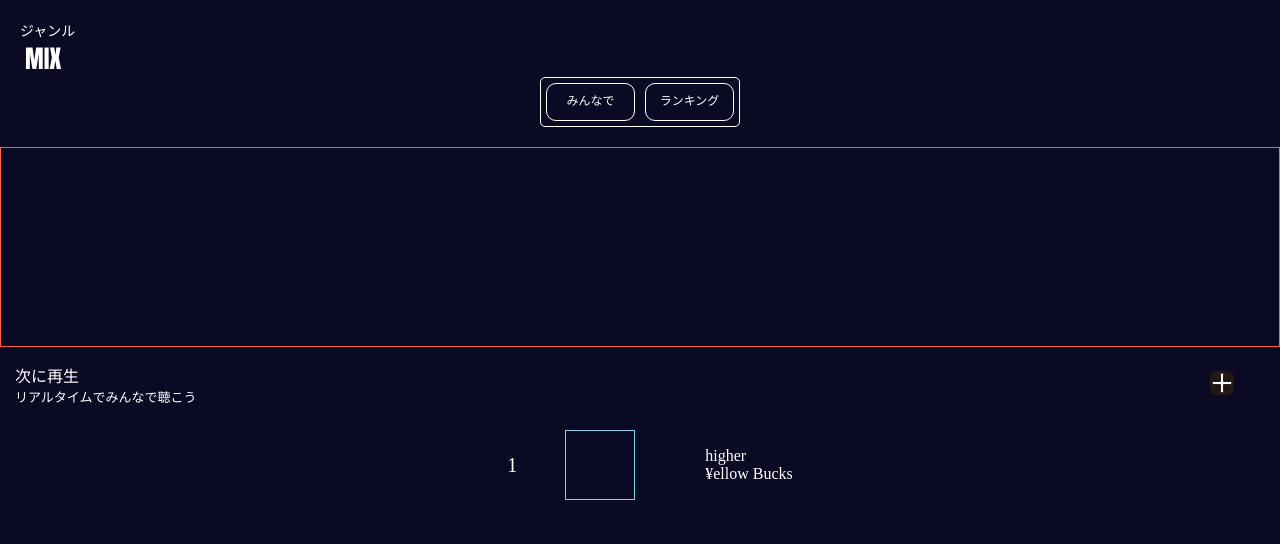
Repository: FujieRyou/2024_team
Page: /LoggedIn
These files come from the project's save history. The page is drawn as it stood at one moment and after the next save; the edit follows.
The browser window is 1280 px wide. The pictures show the whole page.
The project was rebuilt for these pictures with package versions that can differ from the ones it lists, and the page was loaded fresh each time. The framework's server and built-in components were replaced by stand-ins that run in the browser. Also part of the build but not shown: next.config.js.

Above is the page before, as saved 2024-01-10 11:21:31.

### src/pages/_app.jsx
import "@/styles/ress.css"
import '@/styles/index.css'

export default function App({ Component, pageProps }) {
  return <Component {...pageProps} />
}

### src/pages/LoggedIn.jsx
import React from 'react'

function LoggedIn (){
    return(
    <div id="container_wrap">
        <header>
            <div id="genre_wrap">ジャンル</div>
            <div id="mix_wrap">MIX</div>
            <div id="btn">
                <div class="everyone">みんなで</div>
                <div class="ranking">ランキング</div>
            </div>
        </header>
        <div id="main_img">
            <div class="scrollContent">
                <div class="scrollWrap">
                </div>
            </div>

        </div>
        <div id="maincontent_wrap">
            <div id="addition_wrap">
                    <p className='addition'>次に再生<br/><span>リアルタイムでみんなで聴こう</span></p>
                    <a href="">
                        <img src="./img/plusBtn.svg" alt="" />
                    </a>
            </div>
            <div id="songContent_wrap">
                <p class="song_num">1</p>
                <div id="song_wrap">
                    <div id="singer_wrap">
                        <p class="songtitle">higher</p>
                        <p class="singer">¥ellow Bucks</p>
                    </div>
                    <div class="song_img">
                    </div>
                </div>
            </div>
        </div>
    </div>
    )
}

export default LoggedIn

### src/styles/ress.css
/*!
 * ress.css • v4.0.0
 * MIT License
 * github.com/filipelinhares/ress
 */

/* # =================================================================
   # Global selectors
   # ================================================================= */

   html {
    box-sizing: border-box;
    -webkit-text-size-adjust: 100%; /* Prevent adjustments of font size after orientation changes in iOS */
    word-break: normal;
    -moz-tab-size: 4;
    tab-size: 4;
  }

  *,
  ::before,
  ::after {
    background-repeat: no-repeat; /* Set `background-repeat: no-repeat` to all elements and pseudo elements */
    box-sizing: inherit;
  }

  ::before,
  ::after {
    text-decoration: inherit; /* Inherit text-decoration and vertical align to ::before and ::after pseudo elements */
    vertical-align: inherit;
  }

  * {
    padding: 0; /* Reset `padding` and `margin` of all elements */
    margin: 0;
  }

  /* # =================================================================
     # General elements
     # ================================================================= */

  hr {
    overflow: visible; /* Show the overflow in Edge and IE */
    height: 0; /* Add the correct box sizing in Firefox */
    color: inherit; /* Correct border color in Firefox. */
  }

  details,
  main {
    display: block; /* Render the `main` element consistently in IE. */
  }

  summary {
    display: list-item; /* Add the correct display in all browsers */
  }

  small {
    font-size: 80%; /* Set font-size to 80% in `small` elements */
  }

  [hidden] {
    display: none; /* Add the correct display in IE */
  }

  abbr[title] {
    border-bottom: none; /* Remove the bottom border in Chrome 57 */
    /* Add the correct text decoration in Chrome, Edge, IE, Opera, and Safari */
    text-decoration: underline;
    text-decoration: underline dotted;
  }

  a {
    background-color: transparent; /* Remove the gray background on active links in IE 10 */
  }

  a:active,
  a:hover {
    outline-width: 0; /* Remove the outline when hovering in all browsers */
  }

  code,
  kbd,
  pre,
  samp {
    font-family: monospace, monospace; /* Specify the font family of code elements */
  }

  pre {
    font-size: 1em; /* Correct the odd `em` font sizing in all browsers */
  }

  b,
  strong {
    font-weight: bolder; /* Add the correct font weight in Chrome, Edge, and Safari */
  }

  /* https://gist.github.com/unruthless/413930 */
  sub,
  sup {
    font-size: 75%;
    line-height: 0;
    position: relative;
    vertical-align: baseline;
  }

  sub {
    bottom: -0.25em;
  }

  sup {
    top: -0.5em;
  }

  table {
    border-color: inherit; /* Correct border color in all Chrome, Edge, and Safari. */
    text-indent: 0; /* Remove text indentation in Chrome, Edge, and Safari */
  }

  /* # =================================================================
     # Forms
     # ================================================================= */

  input {
    border-radius: 0;
  }

  /* Replace pointer cursor in disabled elements */
  [disabled] {
    cursor: default;
  }

  [type='number']::-webkit-inner-spin-button,
  [type='number']::-webkit-outer-spin-button {
    height: auto; /* Correct the cursor style of increment and decrement buttons in Chrome */
  }

  [type='search'] {
    -webkit-appearance: textfield; /* Correct the odd appearance in Chrome and Safari */
    outline-offset: -2px; /* Correct the outline style in Safari */
  }

  [type='search']::-webkit-search-decoration {
    -webkit-appearance: none; /* Remove the inner padding in Chrome and Safari on macOS */
  }

  textarea {
    overflow: auto; /* Internet Explorer 11+ */
    resize: vertical; /* Specify textarea resizability */
  }

  button,
  input,
  optgroup,
  select,
  textarea {
    font: inherit; /* Specify font inheritance of form elements */
  }

  optgroup {
    font-weight: bold; /* Restore the font weight unset by the previous rule */
  }

  button {
    overflow: visible; /* Address `overflow` set to `hidden` in IE 8/9/10/11 */
  }

  button,
  select {
    text-transform: none; /* Firefox 40+, Internet Explorer 11- */
  }

  /* Apply cursor pointer to button elements */
  button,
  [type='button'],
  [type='reset'],
  [type='submit'],
  [role='button'] {
    cursor: pointer;
    color: inherit;
  }

  /* Remove inner padding and border in Firefox 4+ */
  button::-moz-focus-inner,
  [type='button']::-moz-focus-inner,
  [type='reset']::-moz-focus-inner,
  [type='submit']::-moz-focus-inner {
    border-style: none;
    padding: 0;
  }

  /* Replace focus style removed in the border reset above */
  button:-moz-focusring,
  [type='button']::-moz-focus-inner,
  [type='reset']::-moz-focus-inner,
  [type='submit']::-moz-focus-inner {
    outline: 1px dotted ButtonText;
  }

  button,
  html [type='button'], /* Prevent a WebKit bug where (2) destroys native `audio` and `video`controls in Android 4 */
  [type='reset'],
  [type='submit'] {
    -webkit-appearance: button; /* Correct the inability to style clickable types in iOS */
  }

  /* Remove the default button styling in all browsers */
  button,
  input,
  select,
  textarea {
    background-color: transparent;
    border-style: none;
  }

  a:focus,
  button:focus,
  input:focus,
  select:focus,
  textarea:focus {
    outline-width: 0;
  }

  /* Style select like a standard input */
  select {
    -moz-appearance: none; /* Firefox 36+ */
    -webkit-appearance: none; /* Chrome 41+ */
  }

  select::-ms-expand {
    display: none; /* Internet Explorer 11+ */
  }

  select::-ms-value {
    color: currentColor; /* Internet Explorer 11+ */
  }

  legend {
    border: 0; /* Correct `color` not being inherited in IE 8/9/10/11 */
    color: inherit; /* Correct the color inheritance from `fieldset` elements in IE */
    display: table; /* Correct the text wrapping in Edge and IE */
    max-width: 100%; /* Correct the text wrapping in Edge and IE */
    white-space: normal; /* Correct the text wrapping in Edge and IE */
    max-width: 100%; /* Correct the text wrapping in Edge 18- and IE */
  }

  ::-webkit-file-upload-button {
    /* Correct the inability to style clickable types in iOS and Safari */
    -webkit-appearance: button;
    color: inherit;
    font: inherit; /* Change font properties to `inherit` in Chrome and Safari */
  }

  /* # =================================================================
     # Specify media element style
     # ================================================================= */

  img {
    border-style: none; /* Remove border when inside `a` element in IE 8/9/10 */
  }

  /* Add the correct vertical alignment in Chrome, Firefox, and Opera */
  progress {
    vertical-align: baseline;
  }

  /* # =================================================================
     # Accessibility
     # ================================================================= */

  /* Specify the progress cursor of updating elements */
  [aria-busy='true'] {
    cursor: progress;
  }

  /* Specify the pointer cursor of trigger elements */
  [aria-controls] {
    cursor: pointer;
  }

  /* Specify the unstyled cursor of disabled, not-editable, or otherwise inoperable elements */
  [aria-disabled='true'] {
    cursor: default;
  }

### src/styles/index.css
html,body{
    width: 100vw;
    height: 100vh;
    background-color: #0A0A24;
    color: #fff;
}

nav{
    width: 100%;
    height: 81px;
    display: flex;
    justify-content: space-around;
    position: fixed;
    bottom: 0px;
    background-color: #0A0A24;
    border-top: solid 1px #8E8E8E;
}

.iconWrap{
    display: flex;
    flex-direction: column;
    align-items: center;
    justify-content: center;
}

.iconWrap a{
    display: flex;
    flex-direction: column;
    align-items: center;
    justify-content: center;
    text-decoration: none;
}

.iconWrap p{
    font-size: 10px;
    margin-top: 4px;
    color: #fff;
}

.loginWrap{
    width: 100vw;
    height: 100vh;
    padding-top: 200px;
}

.indexWrap{
    width: 100%;
    height: 100%;
}

/* h2{
    font-size: 64px;
    text-align: center;
    font-family: sans-serif;
    padding-top: 30px;
} */

.appName{
    font-size: 64px;
    text-align: center;
    font-family: sans-serif;
    padding-top: 30px;
    margin-top: 30px;
    color: #fff;
}

.signBtnWrap{
    width: 100%;
    height: auto;
}

.signBtn{
    display: flex;
    align-items: center;
    justify-content: center;
    width: 200px;
    height: 54px;
    border-radius: 30px;
    background-color: rgb(65, 243, 65);
    font-size: 16px;
    /* box-shadow: 3px 1px 3px 1px rgb(235, 235, 235); */
    margin: 0 auto;
    margin-top: 280px;
    color: #000;
    text-decoration: none;
}

.logoBox{
    width: 64px;
    height: 64px;
    background-color: gray;
    color: #fff;
    margin: 0 auto;
    display: flex;
    justify-content: center;
    align-items: center;
}

h2{
    text-align: center;
}

.searchWrap{
    margin-top: 69px;
    margin-bottom: 11px;
    padding: 0px 13px;
}

.searchTxt{
    width: 100%;
    height: 40px;
    border: solid 1px #000;
    background-color: #28376C;
    color: #fff;
    padding: 7px 18px;
    border-radius: 13px;

}

.searchBtn{
    width: 64px;
    height: 32px;
    background-color: aquamarine;
}

.searchResults{
    display: flex;
    gap: 8px;
    width: 100%;
    height: 88px;
    padding: 8px;
    overflow: hidden;
}

.searchResultsImg{
    width: 80px;
    height: 80px;
}

.searchResultsTxt p{
    width: 288px;
    font-size: 14px;
}

.genreWrap{
    padding: 0px 21px;
}

.genreWrap p{
    padding-left: 74px;
    margin-bottom: 12px;
}

.genruBtnWrap{
    display: flex;
    flex-wrap: wrap;
    padding: 0px 8px;
    gap: 16px 12px;
    margin: 0 auto;
}

.genruBtnWrap > button{
    width: 172px;
    height: 86px;
    background-color: #F42C2C;
    border-radius: 10px;
}

#genre_wrap{
    padding-top: 20px;
    align-items: center;
    color: #fff;
    font-size: 14px;
    margin-left: 20px;
    font-family: 'Noto Sans JP', sans-serif;
}

/* MIX */
#mix_wrap{
    font-size: 25px;
    font-family:Impact, Haettenschweiler, 'Arial Narrow Bold', sans-serif;
    margin-left: 25px;
}

/*genre btn*/
#btn{
    display: flex;
    justify-content: center;
    align-items: center;
    width: 200px;
    height: 50px;
    border: solid 1px #fff;
    border-radius: 5px;
    margin: 0 auto;
    text-align: center;
    margin-bottom: 20px;
}

.everyone{
    width: 80%;
    height: 80%;
    line-height: 35px;
    margin:0 5px;
    border: solid 1px #fff;
    border-radius: 10px;
    font-size: 12px;
    font-family:  'Noto Sans JP', sans-serif;
}

.ranking{
    width: 80%;
    height: 80%;
    line-height: 35px;
    margin:0 5px;
    border: solid 1px #fff;
    border-radius: 10px;
    font-size: 12px;
    font-family:  'Noto Sans JP', sans-serif;;
}


/*main*/
#main_img{
    width: 100%;
    height: 200px;
    border: solid 1px tomato;
    margin: 0 auto;

}

/*見出し*/
#addition_wrap{
    width: 100%;
    margin-top: 16px;
    margin-bottom: 24px;
    padding: 0px 46px 0px 15px;
    display: flex;
    align-items: center;
    justify-content: space-between;
}
.addition{
    font-size: 16px;
    font-family:  'Noto Sans JP', sans-serif;
}
.addition > span{
    font-size: 13px;
}
.dli-plus {
    display: inline-block;
    vertical-align: middle;
    justify-content: center;
    color: #fff;
    line-height: 20px;
    width: 1.5rem;
    height:0.15rem;
    background: #efefef;
    border-radius: 1rem;
    position: relative;
    top:24px;
    left:10px;
}

.dli-plus::before {
    content: '';
    position: absolute;
    top: 0;
    left: 0;
    width: 100%;
    height: 100%;
    background: inherit;
    border-radius: inherit;
    transform: rotate(90deg);

}
#addition_wrap{
    display: flex;
}
#addition_wrap  .back{
    display: block;
    background: #231815;
    width: 35px;
    height:35px;
    border-radius: 25%;
    margin-right: 50px;
}
.addition-text{
    font-size: 30px;
    font-family:'Noto Sans JP', sans-serif;

}

#plus_btn{
    /* align-items: center; */
    margin-left:220px;
    margin-top: -18px;
}

/*music list*/
#songContent_wrap{
    display: flex;
    justify-content: center;
    align-items: center;
    margin-bottom: 15px;
}

.song_num{
    font-size: 20px;
    margin: 0 20px;
}

#song_wrap{
    display: flex;
    flex-direction: row-reverse;
    gap: 70px;
    justify-content: center;
    align-items: center;
}


.song_img{
    border: solid 1px skyblue;
    width: 70px;
    height: 70px;
    margin-left: 28px;
}
.button_wrap{
    display: flex;
    flex-direction: column;
}
.button{
    width: 20px;
    height: 20px;
    border-radius: 50%;
    background-color: #d9d9d9;
    display: flex;
    justify-content: center;
}

.button p{
    display: flex;
    justify-content: center;
    align-items: center;
    text-align: center;
    gap: 3px;
}

.button p span{
    width: 3px;
    height: 3px;
    border-radius: 50%;
    background-color: #000;

}

Loaded but not shown: src/pages/_document.jsx (common file)

After the next save:
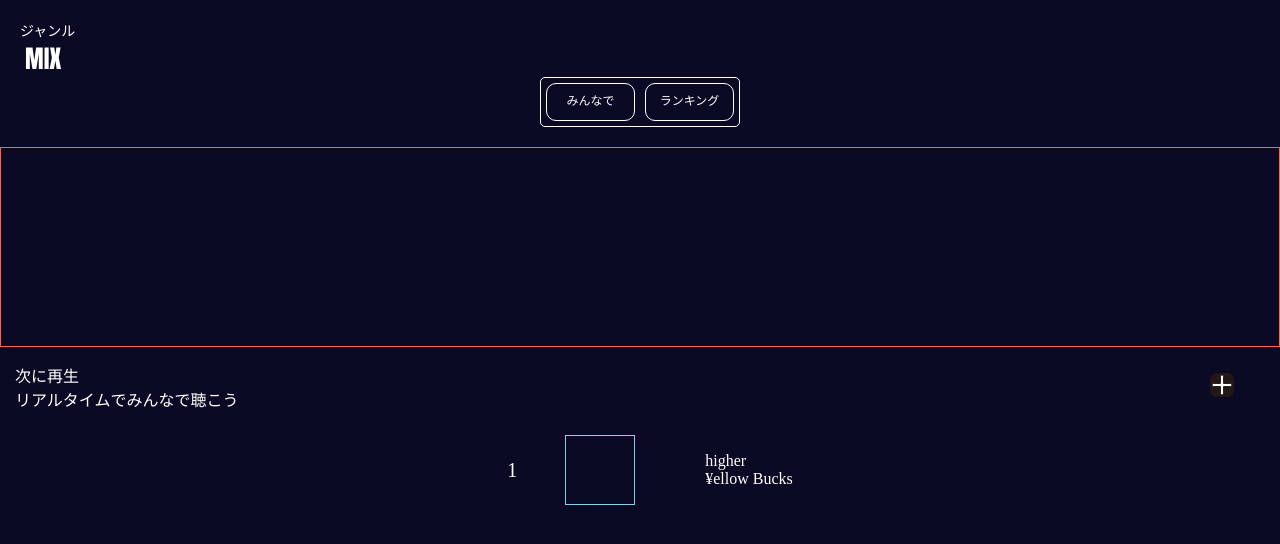
Saved 27 s later.
--- a/src/pages/LoggedIn.jsx
+++ b/src/pages/LoggedIn.jsx
@@ -7,32 +7,32 @@
             <div id="genre_wrap">ジャンル</div>
             <div id="mix_wrap">MIX</div>
             <div id="btn">
-                <div class="everyone">みんなで</div>
-                <div class="ranking">ランキング</div>
+                <div className="everyone">みんなで</div>
+                <div className="ranking">ランキング</div>
             </div>
         </header>
         <div id="main_img">
-            <div class="scrollContent">
-                <div class="scrollWrap">
+            <div className="scrollContent">
+                <div className="scrollWrap">
                 </div>
             </div>
 
         </div>
         <div id="maincontent_wrap">
             <div id="addition_wrap">
-                    <p className='addition'>次に再生<br/><span>リアルタイムでみんなで聴こう</span></p>
+                    <p classNameName='addition'>次に再生<br/><span>リアルタイムでみんなで聴こう</span></p>
                     <a href="">
                         <img src="./img/plusBtn.svg" alt="" />
                     </a>
             </div>
             <div id="songContent_wrap">
-                <p class="song_num">1</p>
+                <p className="song_num">1</p>
                 <div id="song_wrap">
                     <div id="singer_wrap">
-                        <p class="songtitle">higher</p>
-                        <p class="singer">¥ellow Bucks</p>
+                        <p className="songtitle">higher</p>
+                        <p className="singer">¥ellow Bucks</p>
                     </div>
-                    <div class="song_img">
+                    <div className="song_img">
                     </div>
                 </div>
             </div>

After the save that followed:
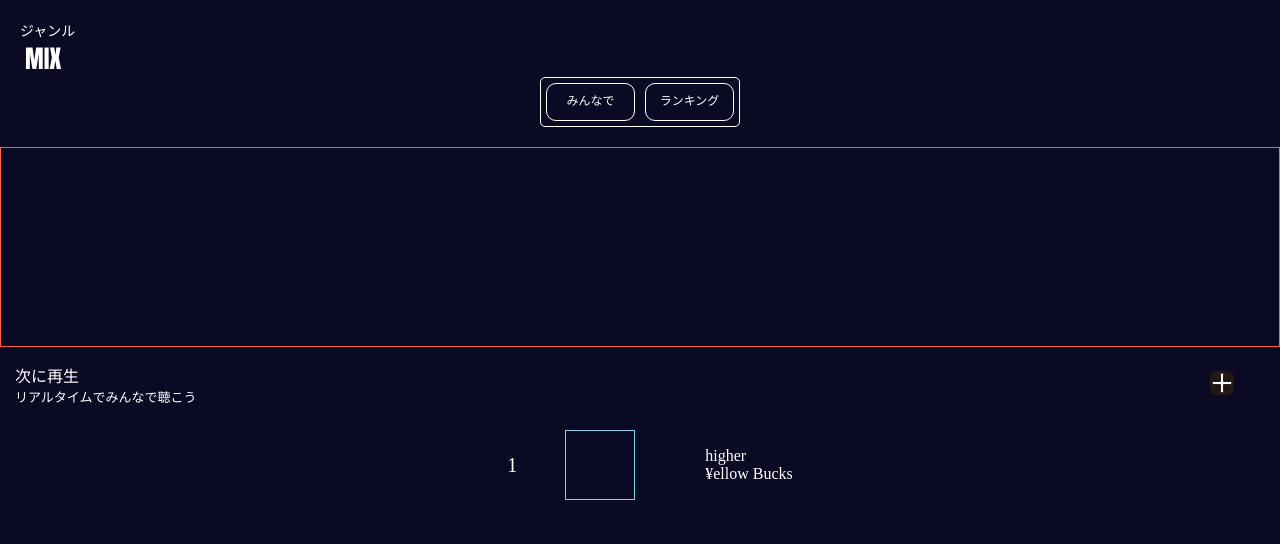
Saved 35 s later.
--- a/src/pages/LoggedIn.jsx
+++ b/src/pages/LoggedIn.jsx
@@ -20,7 +20,7 @@
         </div>
         <div id="maincontent_wrap">
             <div id="addition_wrap">
-                    <p classNameName='addition'>次に再生<br/><span>リアルタイムでみんなで聴こう</span></p>
+                    <p className='addition'>次に再生<br/><span>リアルタイムでみんなで聴こう</span></p>
                     <a href="">
                         <img src="./img/plusBtn.svg" alt="" />
                     </a>
